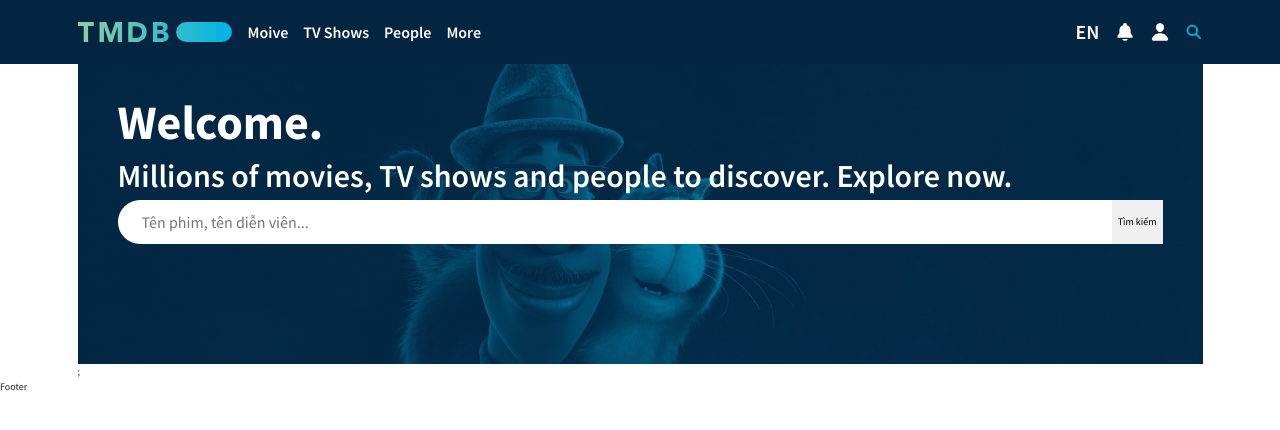
Repository: nguyennam1029/TMDB-App
Page: /
These files come from the project's save history. The page is drawn as it stood at one moment and after the next save; the edit follows.
The browser window is 1280 px wide. The pictures show the whole page.
The project was rebuilt for these pictures with package versions that can differ from the ones it lists, and the page was loaded fresh each time. Also part of the build but not shown: src/components/ui/HeroCart/heroCart.css, src/components/ui/HeroCart/HeroCart.jsx, src/page/Search.jsx. Imported but missing from the stored project, and not drawn on this page: src/components/ui/ListHero/ListHero, src/page/HeroDetail.

Above is the page before, as saved 2022-09-26 20:22:09.

After the next save:
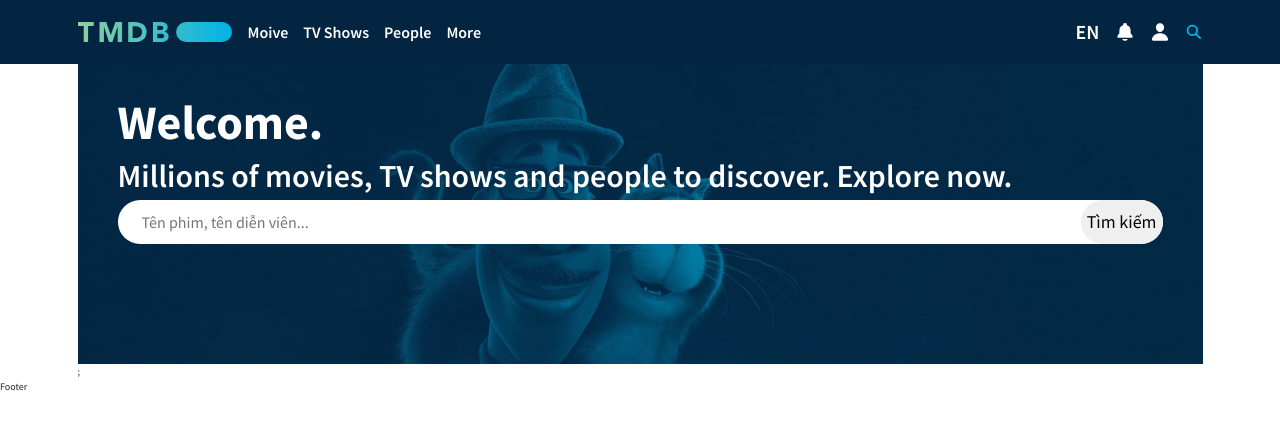
Saved 29 s later.
--- a/src/components/Banner/banner.css
+++ b/src/components/Banner/banner.css
@@ -30,6 +30,7 @@
 .banner-search {
     width   : 100%;
     position: relative;
+    overflow: hidden;
 }
 
 .banner-search input {
@@ -45,9 +46,15 @@
 }
 
 .banner-search button {
-    position: absolute;
-    bottom  : 0;
-    right   : 0;
-    height  : 100%;
-    border  : none;
+    font-size            : 1.8rem;
+    position             : absolute;
+    bottom               : 0;
+    right                : 0;
+    height               : 100%;
+    border               : none;
+    border-radius        : 6rem;
+    -webkit-border-radius: 6rem;
+    -moz-border-radius   : 6rem;
+    -ms-border-radius    : 6rem;
+    -o-border-radius     : 6rem;
 }
